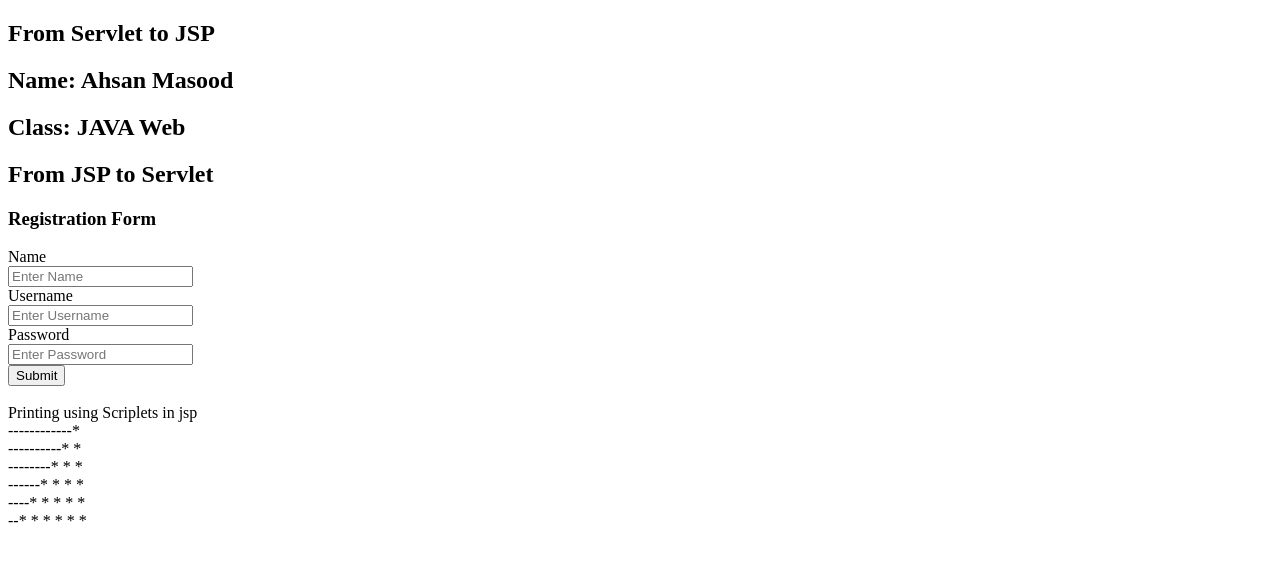
Repository: Ahsan-Masood98/Java-Web-Eng
Page: http://localhost/week2lab/helloworld
These files come from the project's save history. The page is drawn as it stood at one moment and after the next save; the edit follows.
The browser window is 1280 px wide. The pictures show the whole page.
The page is served by Tomcat 9.

Above is the page before, as saved 2022-09-21 13:51:24.

### eclipse-workplace/week2lab/src/main/webapp/index.jsp
<%@ page language="java" contentType="text/html; charset=ISO-8859-1" pageEncoding="ISO-8859-1"%>
<!DOCTYPE html>
<html>
<head>
<meta charset="ISO-8859-1">
<title>Week 2 Lab</title>
</head>
<body>
	<h2>From Servlet to JSP</h2>
	<h2>Name: ${name}</h2>
	<h2>Class: ${course}</h2>
	<h2>From JSP to Servlet</h2>
	<h3>Registration Form</h3>
	<form action="helloworld" method ="post">
	<label>Name</label><br/>
	<input type=text name="name" placeholder="Enter Name"/><br/>
	<label>Username</label><br/>
	<input type=text name="username" placeholder="Enter Username"/><br/>
	<label>Password</label><br/>
	<input type=password name="password" placeholder="Enter Password"/><br/>
	<button type="submit">Submit</button>
	</form>
	<br>
	<% out.print("Printing using Scriplets in jsp"); %>
	<br>
	<%
		int i,j, row=6;
		for(i=0; i< row; i++){
			for (j = 2*(row - i); j > 0; j--)
	               out.print("-");
	  		for( j=0; j<=i; j++)
				out.println("* ");
			out.print("<br/>");
		}
		out.print("<br/>");
	%>
</body>
</html>

### eclipse-workplace/week2lab/src/main/java/com/ahsan/helloworld.java
package com.ahsan;

import java.io.IOException;
import java.io.PrintWriter;

import javax.servlet.RequestDispatcher;
import javax.servlet.ServletException;
import javax.servlet.annotation.WebServlet;
import javax.servlet.http.HttpServlet;
import javax.servlet.http.HttpServletRequest;
import javax.servlet.http.HttpServletResponse;

/**
 * Servlet implementation class helloworld
 */
@WebServlet("/helloworld")
public class helloworld extends HttpServlet {
	private static final long serialVersionUID = 1L;

    /**
     * Default constructor.
     */
    public helloworld() {
        // TODO Auto-generated constructor stub
    }

	/**
	 * @see HttpServlet#doGet(HttpServletRequest request, HttpServletResponse response)
	 */
	protected void doGet(HttpServletRequest request, HttpServletResponse response) throws ServletException, IOException {
		// TODO Auto-generated method stub
		response.getWriter().append("Served at: ").append(request.getContextPath());

		String destination ="index.jsp";
		RequestDispatcher requestDispatcher = request.getRequestDispatcher(destination);
		String name = "Ahsan Masood";
		request.setAttribute("name", name);
		String course = "JAVA Web";
		request.setAttribute("course", course);
		requestDispatcher.forward(request, response);
		// or request.getRequestDispatcher("index.js").forward(request, response);
	}

	/**
	 * @see HttpServlet#doPost(HttpServletRequest request, HttpServletResponse response)
	 */
	protected void doPost(HttpServletRequest request, HttpServletResponse response) throws ServletException, IOException {
		// TODO Auto-generated method stub
		doGet(request, response);
		response.setContentType("Text/HTML");
		String name = request.getParameter("name");
		String username = request.getParameter("username");
		String password = request.getParameter("password");
		PrintWriter out = response.getWriter();
		out.println("<h1> Name: " + name + "</h1> <br/> <h1> Username: " + username + "</h1> <br/>");
	}

}

After the next save:
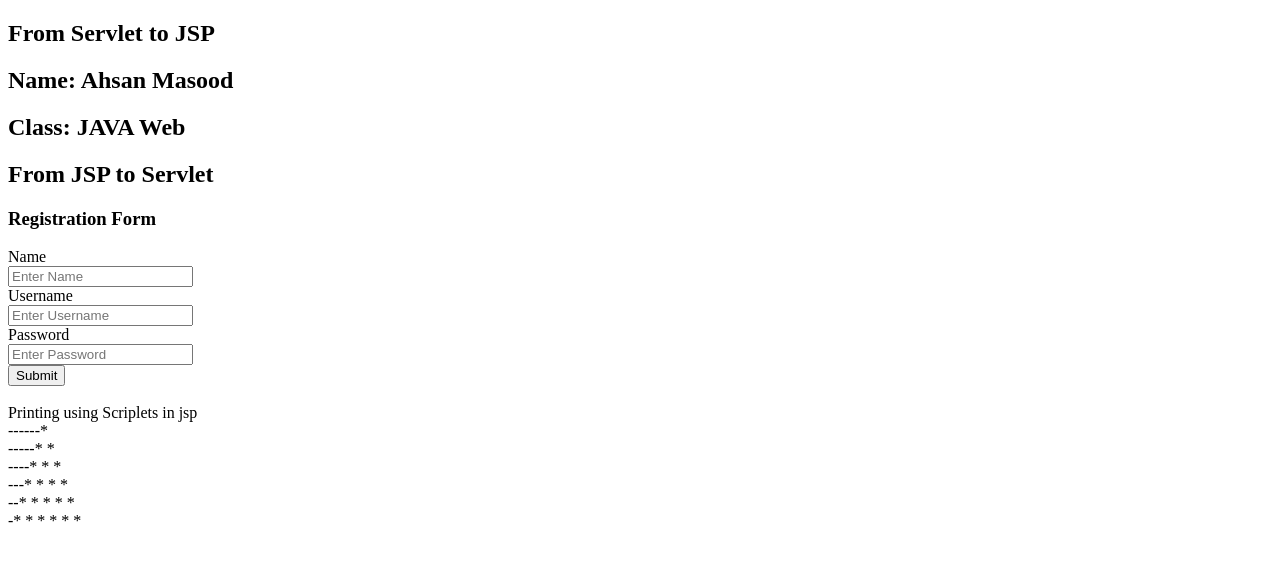
Saved 44 s later.
--- a/eclipse-workplace/week2lab/src/main/webapp/index.jsp
+++ b/eclipse-workplace/week2lab/src/main/webapp/index.jsp
@@ -26,10 +26,10 @@
 	<%
 		int i,j, row=6;
 		for(i=0; i< row; i++){
-			for (j = 2*(row - i); j > 0; j--)
+			for (j = (row - i); j > 0; j--)
 	               out.print("-");
 	  		for( j=0; j<=i; j++)
-				out.println("* ");
+				out.println("*");
 			out.print("<br/>");
 		}
 		out.print("<br/>");

After the save that followed:
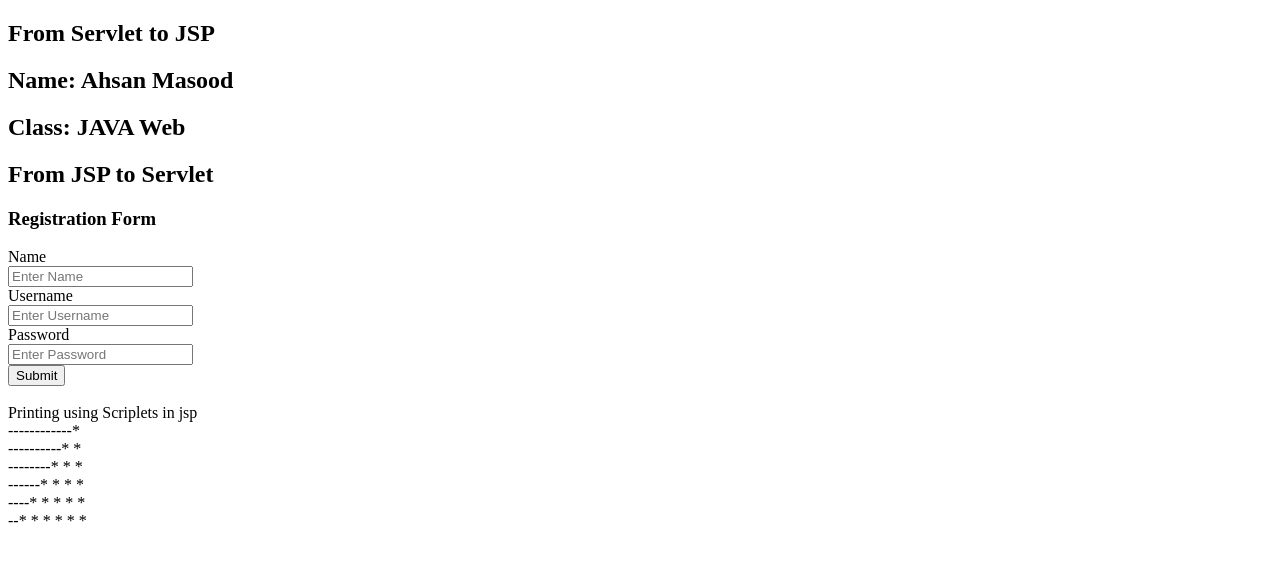
Saved 20 s later.
--- a/eclipse-workplace/week2lab/src/main/webapp/index.jsp
+++ b/eclipse-workplace/week2lab/src/main/webapp/index.jsp
@@ -26,7 +26,7 @@
 	<%
 		int i,j, row=6;
 		for(i=0; i< row; i++){
-			for (j = (row - i); j > 0; j--)
+			for (j = 2*(row - i); j > 0; j--)
 	               out.print("-");
 	  		for( j=0; j<=i; j++)
 				out.println("*");
